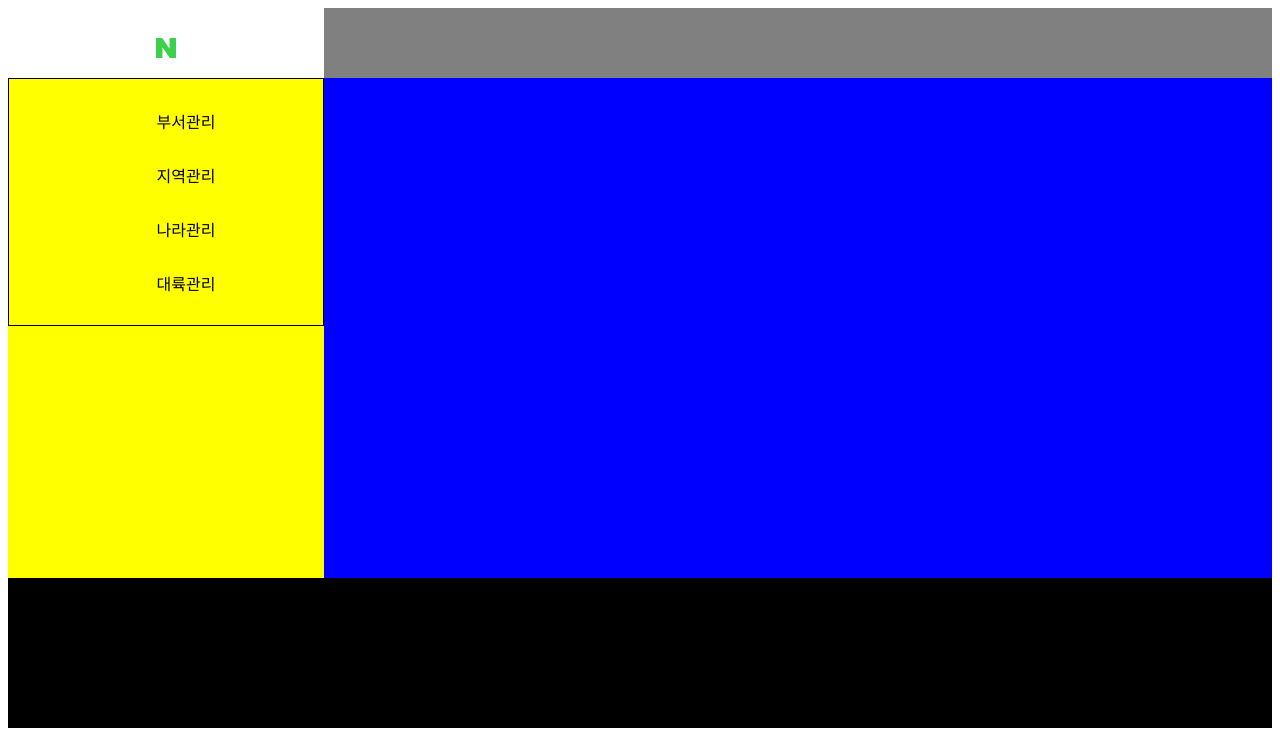
Repository: mireu930/Serverlet_App
Page: src/build/classes/webapp/template/layout.html
These files come from the project's save history. The page is drawn as it stood at one moment and after the next save; the edit follows.
The browser window is 1280 px wide. The pictures show the whole page.

Above is the page before, as saved 2025-02-07 11:54:51.

### src/build/classes/webapp/template/layout.html
<!DOCTYPE html>
<html lang="en">
<head>
  <meta charset="UTF-8">
  <meta name="viewport" content="width=device-width, initial-scale=1.0">
  <title>Document</title>
  <style>
    header {
  width: 100%;
  height: 70px;
  /* background-color: gray; */
}

.wrap_left{
  display: flex;
}

.left {
  width: 25%;
  height: 100%;

}

.right {
  width: 75%;
  height: 100%;
}

.logo {
  /* background-color:aqua; */
  box-sizing: border-box;
  /* padding: 20px 60px; */
}

.logo img {
  display: block;
  margin: 30px auto;
}

.menu {
  background-color:gray;

}

.content {
  width: 100%;
  height: 500px;
  /* background-color: red; */
}

.content_left {
  background-color:yellow;
  padding: auto;
}

.content_left ul {
  list-style: none;
  border: 1px black solid;
  margin: auto 0;
  text-align: center;
}

.content_left ul li {
  margin: 30px 0;
}

.content_right {
  background-color:blue
}

footer {
  width: 100%;
  height: 150px;
  background-color: black;
}
  </style>
</head>
<body>
  <header class = "wrap_left">
    <div class = "left logo" >
      <img src = "/naver_sports/images/네이버.svg">
    </div>
    <div class = "right menu">

    </div>
  </header>
  <section class = "wrap_left content">
    <div class = "left content_left">
      <ul>
        <li>부서관리</li>
        <li>지역관리</li>
        <li>나라관리</li>
        <li>대륙관리</li>
      </ul>
    </div>
    <div class = " right content_right">

    </div>
  </section>
  <footer class = "wrap_left">
    <div class = "left footer_left">

    </div>
    <div class = "right footer_right">

    </div>
  </footer>

</body>
</html>

After the next save:
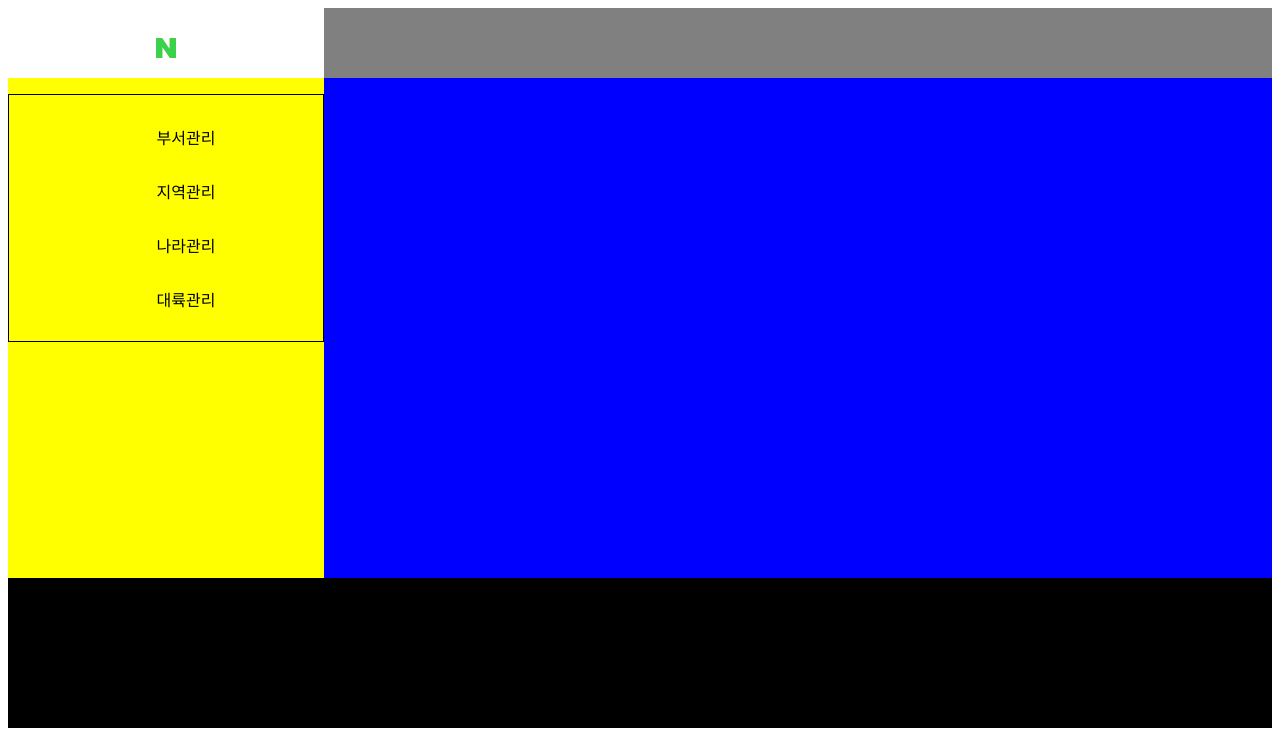
Saved 2 s later.
--- a/src/build/classes/webapp/template/layout.html
+++ b/src/build/classes/webapp/template/layout.html
@@ -56,7 +56,7 @@
 .content_left ul {
   list-style: none;
   border: 1px black solid;
-  margin: auto 0;
+  /* margin: auto 0; */
   text-align: center;
 }
 
